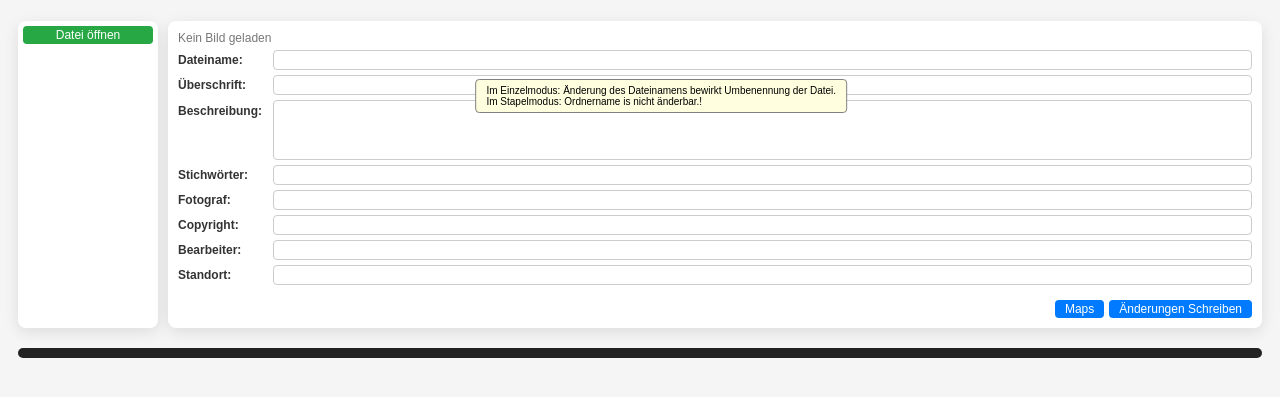
Repository: h-fahle/metadata
Page: ui/index.html
An editor plug-in stored every save of this project. The page is shown before and after the next save, followed by the edit.
The browser window is 1280 px wide. The pictures show the whole page.
The pointer rests on the first visible `.tooltip`.

Above is the page before, as saved 2026-08-18 11:47:56.

After the next save:
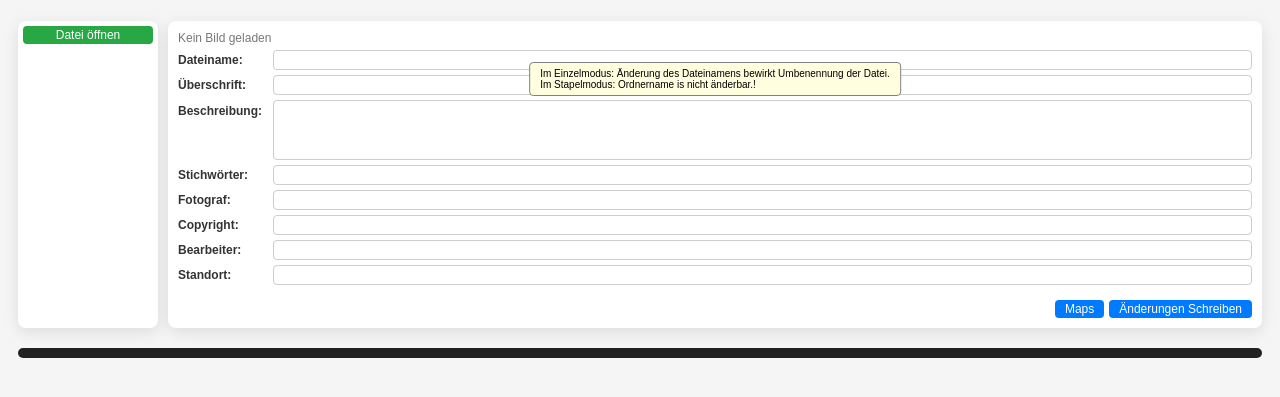
Saved 3 min 5 s later.
--- a/ui/style.css
+++ b/ui/style.css
@@ -166,8 +166,8 @@ textarea:focus {
 .tooltip:hover::after {
   content: attr(data-tooltip);
   position: absolute;
-  bottom: -215%;  /* unterhalb */
-  left: 45%;	/* nach rechts versetzt */
+  bottom: -130%;  /* unterhalb */
+  left: 50%;	/* nach rechts versetzt */
   transform: translateX(-50%);
   background-color: lightyellow;
   color: black;
